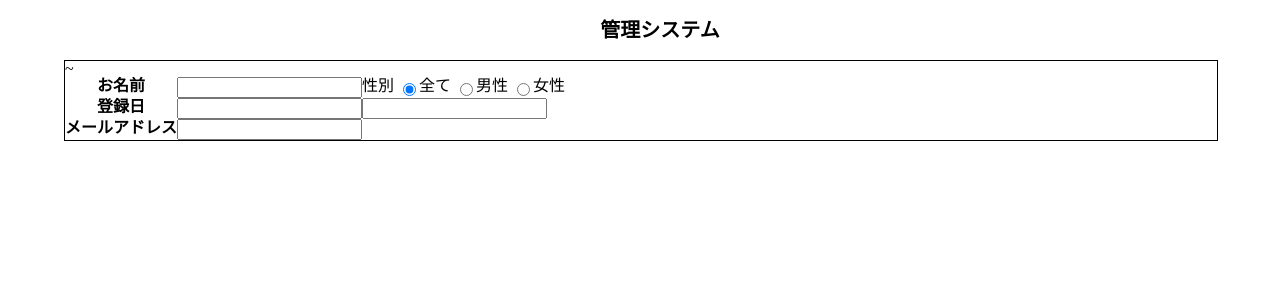
Repository: masanarimiura/20220723_miura_advance_test
Page: http://localhost/manage
An editor plug-in stored every save of this project. The page is shown before and after a run of saves, followed by the edit.
The browser window is 1280 px wide. The pictures show the whole page.
The page is served by the project's Laravel application, run on PHP 8.4 with Laravel 8. Other server files are loaded and not shown.

Above is the page before, as saved 2022-07-19 20:17:20.

### routes/web.php
<?php

use Illuminate\Support\Facades\Route;
use App\Http\Controllers\ContactController;


Route::get('/', [ContactController::class, 'index']);
Route::post('/', [ContactController::class, 'input']);
Route::get('/confirm', [ContactController::class, 'retype']);
Route::post('/confirm', [ContactController::class, 'store']);
Route::get('/thanks', [ContactController::class, 'thanks']);
Route::get('/manage', [ContactController::class, 'manage']);

### app/Http/Controllers/ContactController.php
<?php

namespace App\Http\Controllers;

use Illuminate\Http\Request;
use App\Models\Contact;
use App\Http\Requests\ClientRequest;

class ContactController extends Controller
{
    public function index()
    {
        return view('index');
    }

    public function input(ClientRequest $request)
    {
        return view('confirm',$request);
    }

    public function retype(Request $request)
    {
        return redirect('/')->withInput();
    }

    public function store(Request $request)
    {
        // 登録処理
        return view('thanks');
    }

    public function thanks()
    {
        return view('thanks');
    }

    public function manage()
    {
        return view('manage');
    }



    // public function search(Request $request)
    // {
    //     $item = Contact::find($request->input);
    //     $param = [
    //         'item' => $item,
    //         'input' => $request->input
    //     ];
    //     return view('find', $param);
    // }
}

### resources/views/manage.blade.php
<!DOCTYPE html>
<html lang="ja">

<head>
  <meta charset="UTF-8">
  <meta name="viewport" content="width=device-width, initial-scale=1.0">
  <meta http-equiv="X-UA-Compatible" content="ie=edge">
  <title>advance_test</title>
  <style>
    html, body, div, span, object, iframe,
h1, h2, h3, h4, h5, h6, p, blockquote, pre,
abbr, address, cite, code,
del, dfn, em, img, ins, kbd, q, samp,
small, strong, sub, sup, var,
b, i,
dl, dt, dd, ol, ul, li,
fieldset, form, label, legend,
table, caption, tbody, tfoot, thead, tr, th, td,
article, aside, canvas, details, figcaption, figure,
footer, header, hgroup, menu, nav, section, summary,
time, mark, audio, video {
    margin:0;
    padding:0;
    border:0;
    outline:0;
    font-size:100%;
    vertical-align:baseline;
    background:transparent;
}

body {
    line-height:1;
}

article,aside,details,figcaption,figure,
footer,header,hgroup,menu,nav,section {
    display:block;
}

nav ul {
    list-style:none;
}

blockquote, q {
    quotes:none;
}

blockquote:before, blockquote:after,
q:before, q:after {
    content:'';
    content:none;
}

a {
    margin:0;
    padding:0;
    font-size:100%;
    vertical-align:baseline;
    background:transparent;
}

/* change colours to suit your needs */
ins {
    background-color:#ff9;
    color:#000;
    text-decoration:none;
}

/* change colours to suit your needs */
mark {
    background-color:#ff9;
    color:#000;
    font-style:italic;
    font-weight:bold;
}

del {
    text-decoration: line-through;
}

abbr[title], dfn[title] {
    border-bottom:1px dotted;
    cursor:help;
}

table {
    border-collapse:collapse;
    border-spacing:0;
}

/* change border colour to suit your needs */
hr {
    display:block;
    height:1px;
    border:0;
    border-top:1px solid #cccccc;
    margin:1em 0;
    padding:0;
}

input, select {
    vertical-align:middle;
}
/* ここまでreset.css */
.manage {
  width:90%;
  margin: 0 auto;
}
.manage h2{
  text-align:center;
  padding: 20px;
  font-size:20px;
  width: 100%;
}
.system {
  width:100%;
  border:solid 1px black;
}
.search-gender p {
  display: inline;
}


.show-data {
  width:100%;
}
  </style>
</head>

<body>
  <div class="manage">
    <h2>管理システム</h2>
    <div class="system">
      <form action="">
        <table>
          @csrf
          <tr>
            <th>お名前</th>
            <td>
              <input type="text" name="full_name-search" value="" >
            </td>
            <td class="search-gender">
              <p>性別</p>
              <input type="radio" name="gender" value="全て" checked class="check-box">全て
              <input type="radio" name="gender" value="男性" class="check-box">男性
              <input type="radio" name="gender" value="女性" class="check-box">女性
            </td>
          </tr>
          <tr>
            <th>登録日</th>
            <td>
              <input type="text" name="begin-search-date" value="" >
            </td>
              <span>~</span>
            <td>
              <input type="text" name="end-search-date" value="" >
            </td>
          </tr>
          <tr>
            <th>メールアドレス</th>
            <td>
              <input type="text" name="email-search" value="" >
            </td>
          </tr>
        </table>
      </form>
    </div>


    <div class="show-data">
    </div>
  </div>
</body>
</html>

<script>

</script>

Loaded but not shown: app/Providers/AppServiceProvider.php (common file); app/Http/Controllers/Controller.php (common file)

After the next 2 saves:
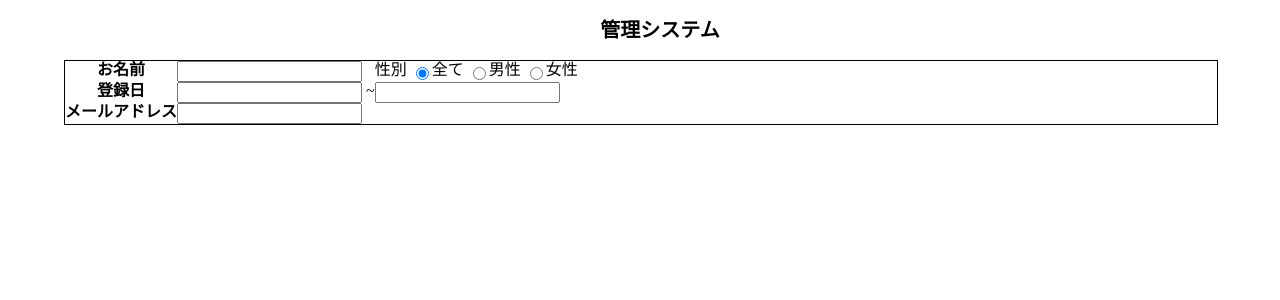
The 2 saves are shown as one change because they came seconds apart.
The last was saved 3 min 5 s later.
--- a/resources/views/manage.blade.php
+++ b/resources/views/manage.blade.php
@@ -150,8 +150,9 @@ input, select {
             <th>登録日</th>
             <td>
               <input type="text" name="begin-search-date" value="" >
+              <span>~</span>
             </td>
-              <span>~</span>
+
             <td>
               <input type="text" name="end-search-date" value="" >
             </td>
